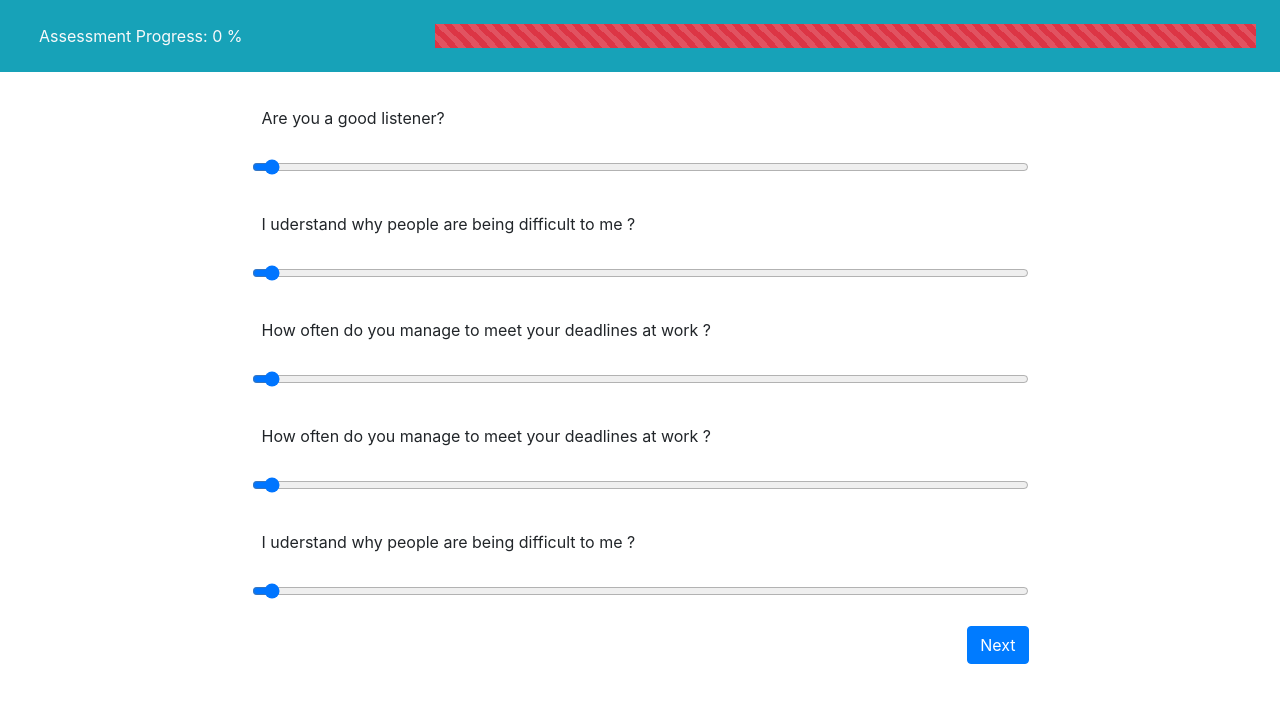
Repository: krushna2/dimentrix_tech
Page: /
These files come from the project's save history. The page is drawn as it stood at one moment and after the next save; the edit follows.
The browser window is 1280 px wide. The pictures show the whole page.
The project was rebuilt for these pictures with package versions that can differ from the ones it lists, and the page was loaded fresh each time. Also part of the build but not shown: src/components/SecondPageComponent.js, src/components/ThirdPageComponent.js.

Above is the page before, as saved 2020-09-28 15:53:58.

After the next save:
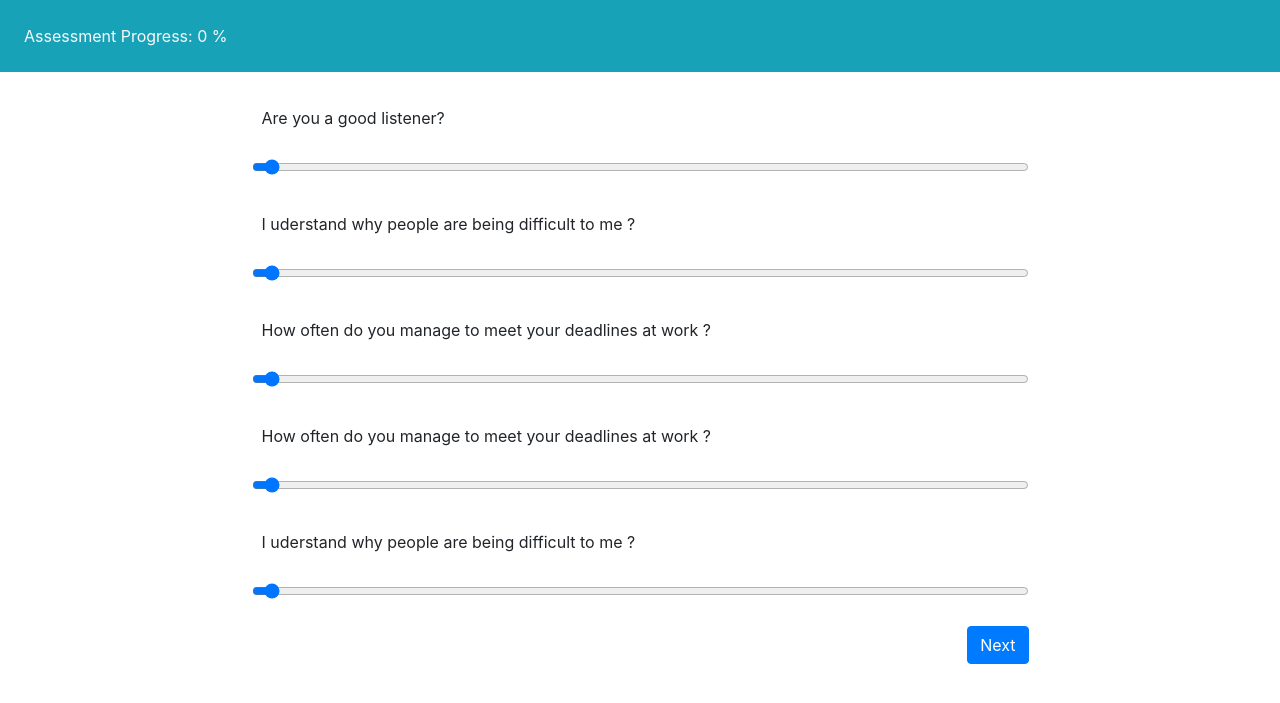
Saved 19 s later.
--- a/src/components/HeaderComponent.js
+++ b/src/components/HeaderComponent.js
@@ -22,9 +22,8 @@
         <
         Nav dark className = "text-light bg-info p-4" >
         <
-        div className = "col-4" > Assessment Progress: { percentage } % < /div>        <
-        Progress bar animated className = "col-8"
-        color = { colour(percentage) }
+        div > Assessment Progress: { percentage } % < /div>        <
+        Progress bar animated color = { colour(percentage) }
         value = { percentage }
         min = "0"
         max = "100" / >
